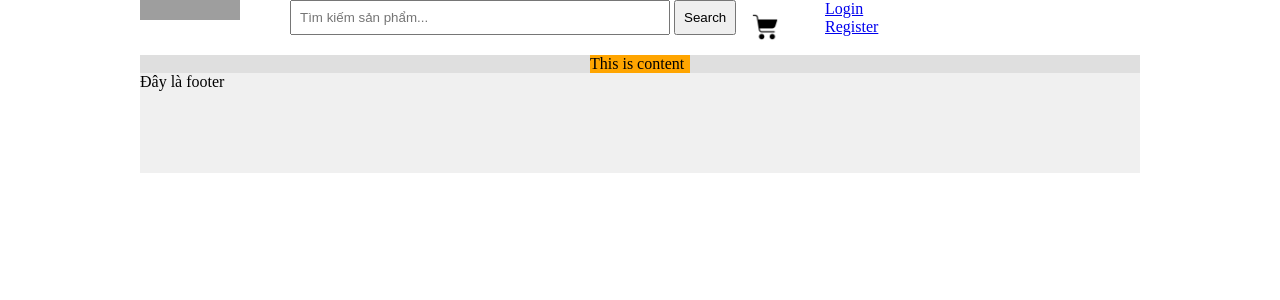
Repository: minhkhuyen1711/hpt
Page: http://localhost/website-ecommerce-php-master/index.php?action=login
These files come from the project's save history. The page is drawn as it stood at one moment and after the next save; the edit follows.
The browser window is 1280 px wide. The pictures show the whole page.
Pictures or frames that could not be fetched are drawn as grey boxes. The page is run by PHP 8.4 with error messages shown; the project is at /var/www/html/.

Above is the page before, as saved 2021-06-11 07:49:23.

### index.php
<!DOCTYPE html>
<html lang="en" dir="ltr">
  <head>
    <meta charset="utf-8">
    <title>Online Shopping</title>
    <link rel="stylesheet" href="styles/style.css" media="all">
  </head>
  <body>
    <!-- Main container bắt đầu từ đây -->
    <div class="main_wrapper">
     <div class="header_wrapper">
      <div class="header_logo">
         <a href="index.php">
         <img id="logo" src="images/metrixcode100x30.png" width="100px" height="20px">
         </a>
      </div><!--/.header_logo-->
      <div id="form">
      <form method="get" action="results.php" enctype="multipart/form-data">
      <input type="text" name="user_query" placeholder="Tìm kiếm sản phẩm...">
      <input type="submit" name="search" value="Search">
      </form>
      </div>

      <div class="cart">
        <ul>
          <li class="dropdown_header_cart">
            <div id="notification_total_art" class="shopping_cart">
              <img src="images/cart_icon.png" id="cart_image">
            </div>
          </li>
        </ul>
      </div>

      <div class="rgister_login">
        <div class="login">
          <a href="index.php?action=login">Login</a></div>
          <div class="register"><a href="custommer_register.php">Register</a></div>
      </div>

    </div> <!--/.header_wrapper-->
      <div class="content_wrapper">
        This is content
      </div><!--/.content_wrapper -->
      <div id="footer">
        Đây là footer
      </div>
    </div><!--/.main_wrapper-->
    <!--Kết thúc Main container tại đây-->
  </body>
</html>

### styles/style.css
/* http://meyerweb.com/eric/tools/css/reset/
   v2.0 | 20110126
   License: none (public domain)
*/

html, body, div, span, applet, object, iframe,
h1, h2, h3, h4, h5, h6, p, blockquote, pre,
a, abbr, acronym, address, big, cite, code,
del, dfn, em, img, ins, kbd, q, s, samp,
small, strike, strong, sub, sup, tt, var,
b, u, i, center,
dl, dt, dd, ol, ul, li,
fieldset, form, label, legend,
table, caption, tbody, tfoot, thead, tr, th, td,
article, aside, canvas, details, embed,
figure, figcaption, footer, header, hgroup,
menu, nav, output, ruby, section, summary,
time, mark, audio, video {
	margin: 0;
	padding: 0;
	border: 0;
	font-size: 100%;
	font: inherit;
	vertical-align: baseline;
}

.main_wrapper{
    width: 1000px;
    height: auto;
    margin: auto;
    background: #dfdfdf;
}

.header_wrapper{
    width: 100%;
    height: 55px;
    margin: auto;
    background: white;
}

.header_logo{
    float: left;
    width: 150px;
    padding-top: 10;
}


#form{
    float:left;
    width: 45%;
    margin-top: 10

}

#form input{
    padding: 8px;

}

#form input[type=text]{
    width: 80%;
}

.cart{
    float: left;
    margin: 5px 10px 0px 15px;
    cursor: pointer;
    height: 35px;
    padding-top: 7px;
    position: relative;
    top: 0px;
    right: 20px;
    width: 60px;
    text-align: center;
    z-index: 1000;
}

.cart img{
    width: 30px;
}

.cart ul{
    padding: 0;
    margin: 0;
    list-style: none;
    position: relative;
    width: auto;
    z-index: 1;
}

.register_login{
    float: left;
    width: 150px;
    margin: 10px 0px 0px 30px;
}

.register_login a {
    text-decoration: none;
}

.content_wrapper{
    width: 100px;
    margin: auto;
    background: orange;
}

#footer{
    width: 1000px;
    height: 100px;
    background: #f0f0f0;
    clear: both;

}

After the next save:
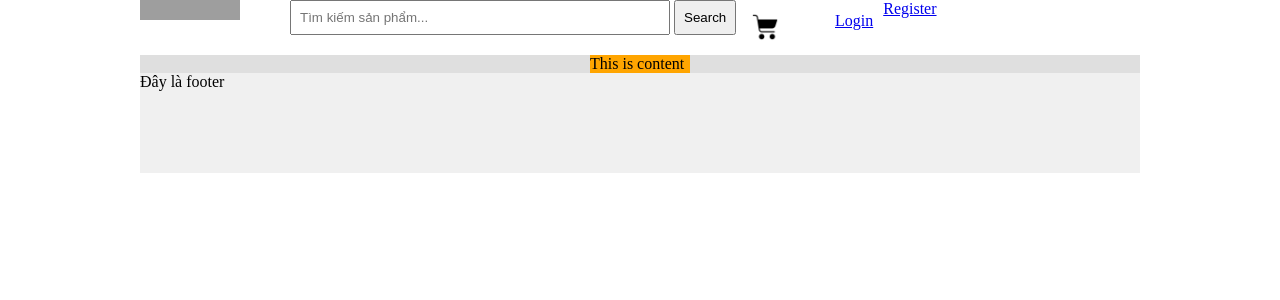
Saved 2 min 39 s later.
--- a/styles/style.css
+++ b/styles/style.css
@@ -98,6 +98,22 @@ time, mark, audio, video {
     text-decoration: none;
 }
 
+.login{
+    position: relative;
+    top: 3px;
+    float: left;
+    height: 35px;
+    line-height: 35px;
+    padding: 0px 10px 0px 10px;
+    margin: 0;
+    color: gray;
+    cursor: pointer;
+    position: relative;
+    display: inline;
+    border: 0,1px solid rgba(183, 183, 183, 0.9);
+    border-radius: 1.5px;
+}
+
 .content_wrapper{
     width: 100px;
     margin: auto;
